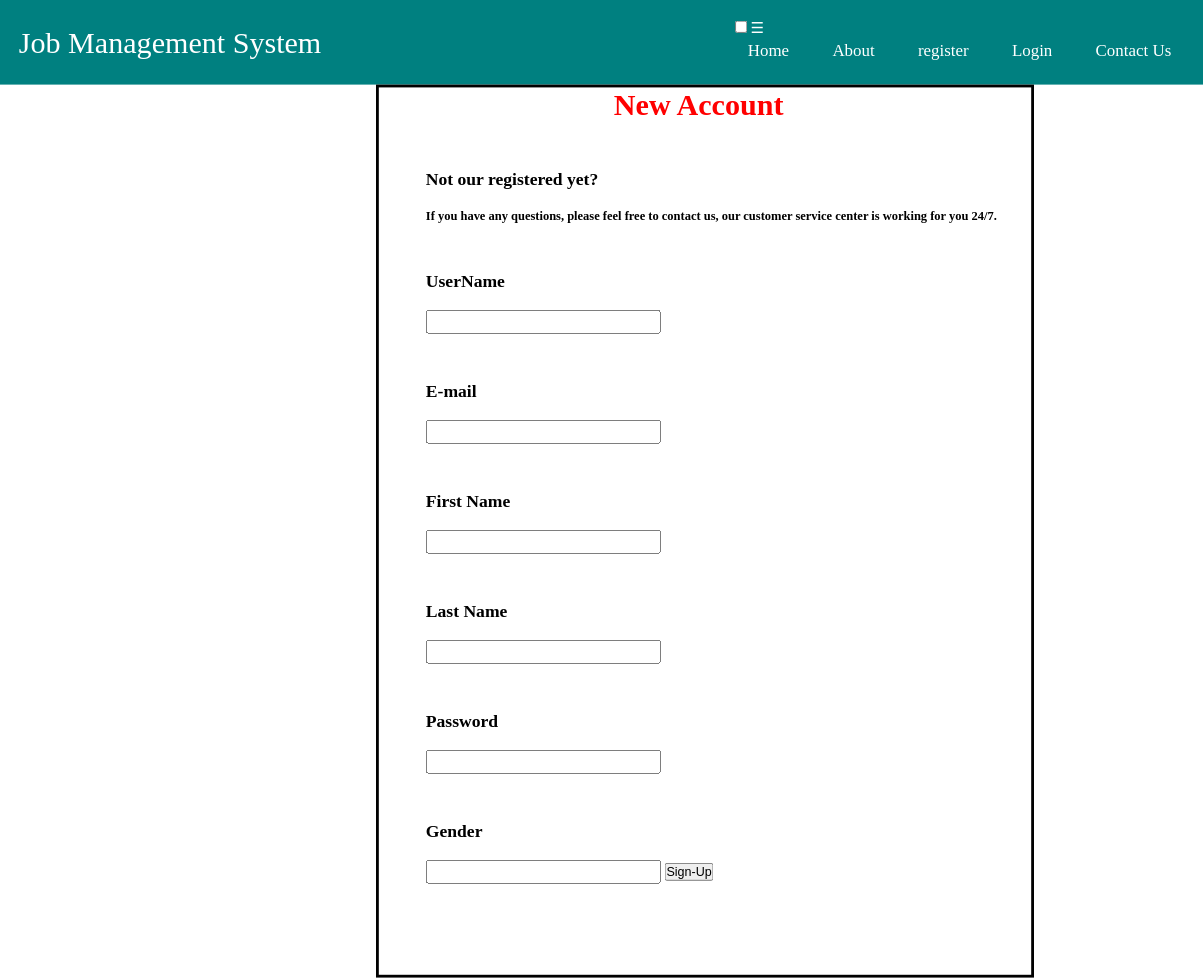
Repository: PrinceKumawat1109/JFSD
Page: http://localhost/Job-management/employeeregister.jsp
An editor plug-in stored every save of this project. The page is shown before and after the next save, followed by the edit.
The browser window is 1280 px wide. The pictures show the whole page, at 94% of full size.
The page is served by Tomcat 9. Other server files are loaded and not shown.

Above is the page before, as saved 2022-10-29 19:06:59.

### Job-management/src/main/webapp/employeeregister.jsp
<%@ page language="java" contentType="text/html; charset=UTF-8"
    pageEncoding="UTF-8"%>
<!DOCTYPE html>
<html>
<head>
<meta charset="UTF-8">
<title>Employee-Register</title>
<style>
.card{
height: 950px;
width: 700px;
border-style: solid;
margin-left: 400px;
}

</style>
</head>
<body>
	<jsp:include page="navbar.jsp" />

	<div class="card">
	<h1 style=" color: red; margin-left: 250px;">New Account</h1>
	<h3 style="margin-left: 50px; margin-top: 50px;">Not our registered yet?</h3>
	<h5 style="margin-left: 50px; margin-top: 20px;">If you have any questions, please feel free to contact us, our customer service center is working for you 24/7.</h5>
	<h3 style="margin-left: 50px; margin-top: 50px;">UserName</h3>
	<input style="margin-left: 50px; margin-top: 20px; height: 25px; width: 250px;" type="box" id="t1"/>


	<h3 style="margin-left: 50px; margin-top: 50px;">E-mail</h3>
	<input style="margin-left: 50px; margin-top: 20px; height: 25px; width: 250px;" type="box" id="t2"/>


	<h3 style="margin-left: 50px; margin-top: 50px;">First Name</h3>
	<input style="margin-left: 50px; margin-top: 20px; height: 25px; width: 250px;" type="box" id="t3"/>
	<h3 style="margin-left: 50px; margin-top: 50px;">Last Name</h3>
	<input style="margin-left: 50px; margin-top: 20px; height: 25px; width: 250px;" type="box" id="t4"/>
	<h3 style="margin-left: 50px; margin-top: 50px;">Password</h3>
	<input style="margin-left: 50px; margin-top: 20px; height: 25px; width: 250px;" type="box" id="t5"/>
	<h3 style="margin-left: 50px; margin-top: 50px;">Gender</h3>
	<input style="margin-left: 50px; margin-top: 20px; height: 25px; width: 250px;" type="box" id="t6"/>

	<button style="margin-bottom: -50px;" onclick="save()">Sign-Up</button>
	<label id="lbl"></label>

	</div>
</body>















<script type="text/javascript">
function save()
{
	var xhtml = new XMLHttpRequest();
	var url = "http://localhost:8080/api/register/";
	xhtml.open("POST", url, true);
	xhtml.setRequestHeader('Content-Type','application/json');

	var t1 = document.getElementById("t1");
	var t2 = document.getElementById("t2");
	var t3 = document.getElementById("t3");
	var t4 = document.getElementById("t4");
	var t5 = document.getElementById("t5");
	var t6 = document.getElementById("t6");
	var lbl = document.getElementById("lbl");

	xhtml.send(JSON.stringify({
		username : t1.value,
		fname : t2.value,
		lname : t3.value,
		email : t4.value,
		pwd : t5.value,
		gender : t6.value
	}));

	xhtml.onreadystatechange = function()
	{
		if(this.readyState == 4 && this.status == 200)
			lbl.innerText = "Data Inserted Successfully...!";
			window.location="http://localhost:8080/employeelogin.jsp";

	};
}
</script>
</html>

### Job-management/src/main/webapp/navbar.jsp
<!DOCTYPE html>
<html lang="en">
 <head>
   <meta charset="UTF-8" />
   <meta http-equiv="X-UA-Compatible" content="IE=edge" />
   <meta name="viewport" content="width=device-width, initial-scale=1.0" />
   <style>

    /* UTILITIES */
* {
 margin: 0;
 padding: 0;
 box-sizing: border-box;
}
body {
 font-family: cursive;
}
a {
 text-decoration: none;
}
li {
 list-style: none;
}

/* NAVBAR STYLING STARTS */
.navbar {
 display: flex;
 align-items: center;
 justify-content: space-between;
 padding: 20px;
 background-color: teal;
 color: #fff;
}
.nav-links a {
 color: #fff;
}
/* LOGO */
.logo {
 font-size: 32px;
}
/* NAVBAR MENU */
.menu {
 display: flex;
 gap: 1em;
 font-size: 18px;
}
.menu li:hover {
 background-color: #4c9e9e;
 border-radius: 5px;
 transition: 0.3s ease;
}
.menu li {
 padding: 5px 14px;
}
/* DROPDOWN MENU */
.services {
 position: relative;
}
.dropdown {
 background-color: rgb(1, 139, 139);
 padding: 1em 0;
 position: absolute; /*WITH RESPECT TO PARENT*/
 display: none;
 border-radius: 8px;
 top: 35px;
}
.dropdown li + li {
 margin-top: 10px;
}
.dropdown li {
 padding: 0.5em 1em;
 width: 8em;
 text-align: center;
}
.dropdown li:hover {
 background-color: #4c9e9e;
}
.services:hover .dropdown {
 display: block;
}
   </style>
   <title>Document</title>
 </head>
 <body>
   <nav class="navbar">
     <!-- LOGO -->
     <div class="logo">Job Management System</div>
     <!-- NAVIGATION MENU -->
     <ul class="nav-links">
       <!-- USING CHECKBOX HACK -->
       <input type="checkbox" id="checkbox_toggle" />
       <label for="checkbox_toggle" class="hamburger">&#9776;</label>
       <!-- NAVIGATION MENUS -->
       <div class="menu">
         <li><a href="home.jsp">Home</a></li>
         <li><a href="/">About</a></li>
         <li class="services">
           <a href="/">register</a>
           <!-- DROPDOWN MENU -->
           <ul class="dropdown">
             <li><a href="employeeregister.jsp">Employee </a></li>
             <li><a href="employerregister.jsp">Employers</a></li>
           </ul>
         </li>
         <li class="services">
           <a href="/">Login</a>
           <!-- DROPDOWN MENU -->
           <ul class="dropdown">
             <li><a href="employeelogin.jsp">Employee login </a></li>
             <li><a href="employerlogin.jsp">Employers login</a></li>
           </ul>
         </li>
         <li><a href="contact.jsp">Contact Us</a></li>
       </div>
     </ul>
   </nav>
 </body>
</html>

After the next save:
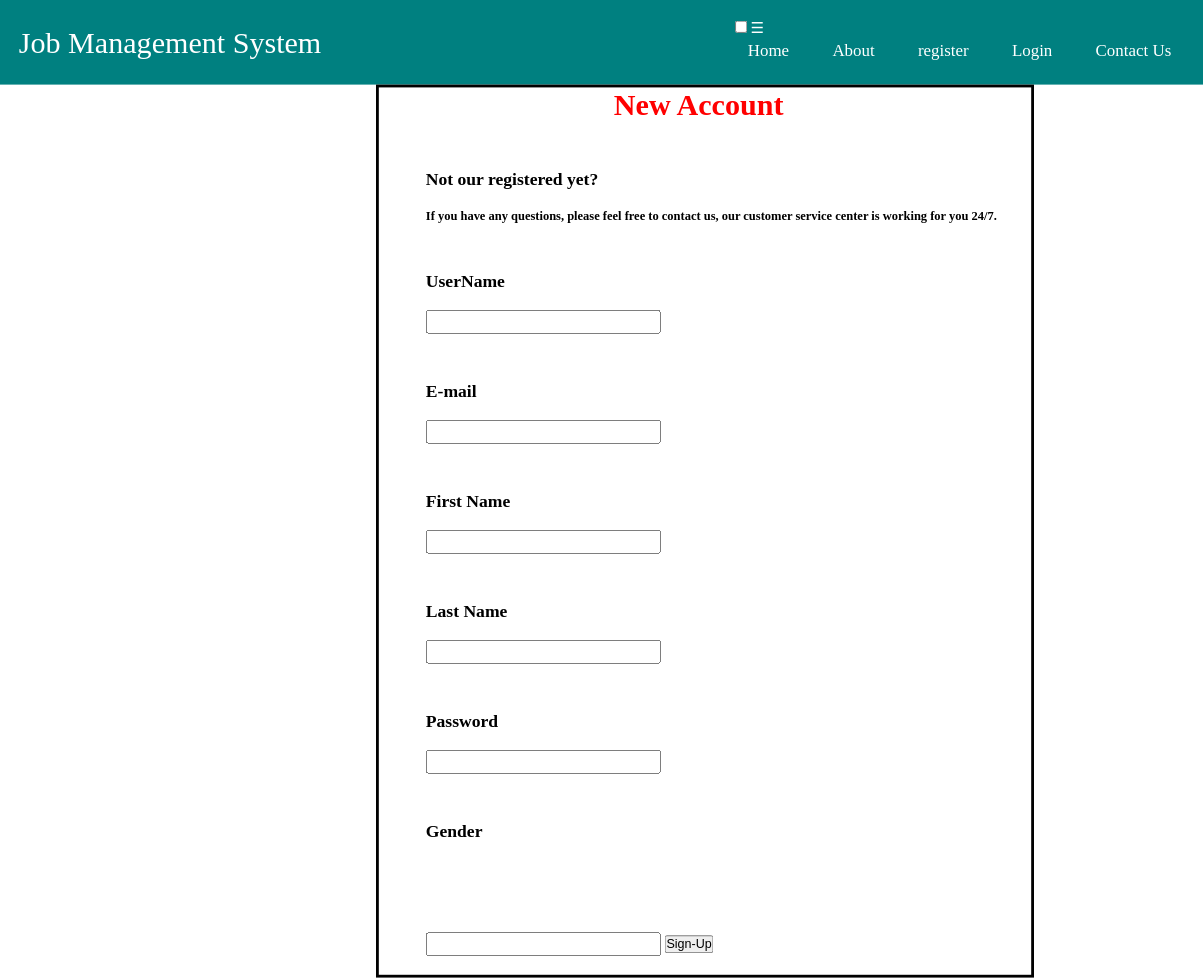
Saved 34 s later.
--- a/Job-management/src/main/webapp/employeeregister.jsp
+++ b/Job-management/src/main/webapp/employeeregister.jsp
@@ -39,7 +39,7 @@ margin-left: 400px;
 	<h3 style="margin-left: 50px; margin-top: 50px;">Gender</h3>
 	<input style="margin-left: 50px; margin-top: 20px; height: 25px; width: 250px;" type="box" id="t6"/>
 
-	<button style="margin-bottom: -50px;" onclick="save()">Sign-Up</button>
+	<button style="margin-top: 100px;" onclick="save()">Sign-Up</button>
 	<label id="lbl"></label>
 
 	</div>
